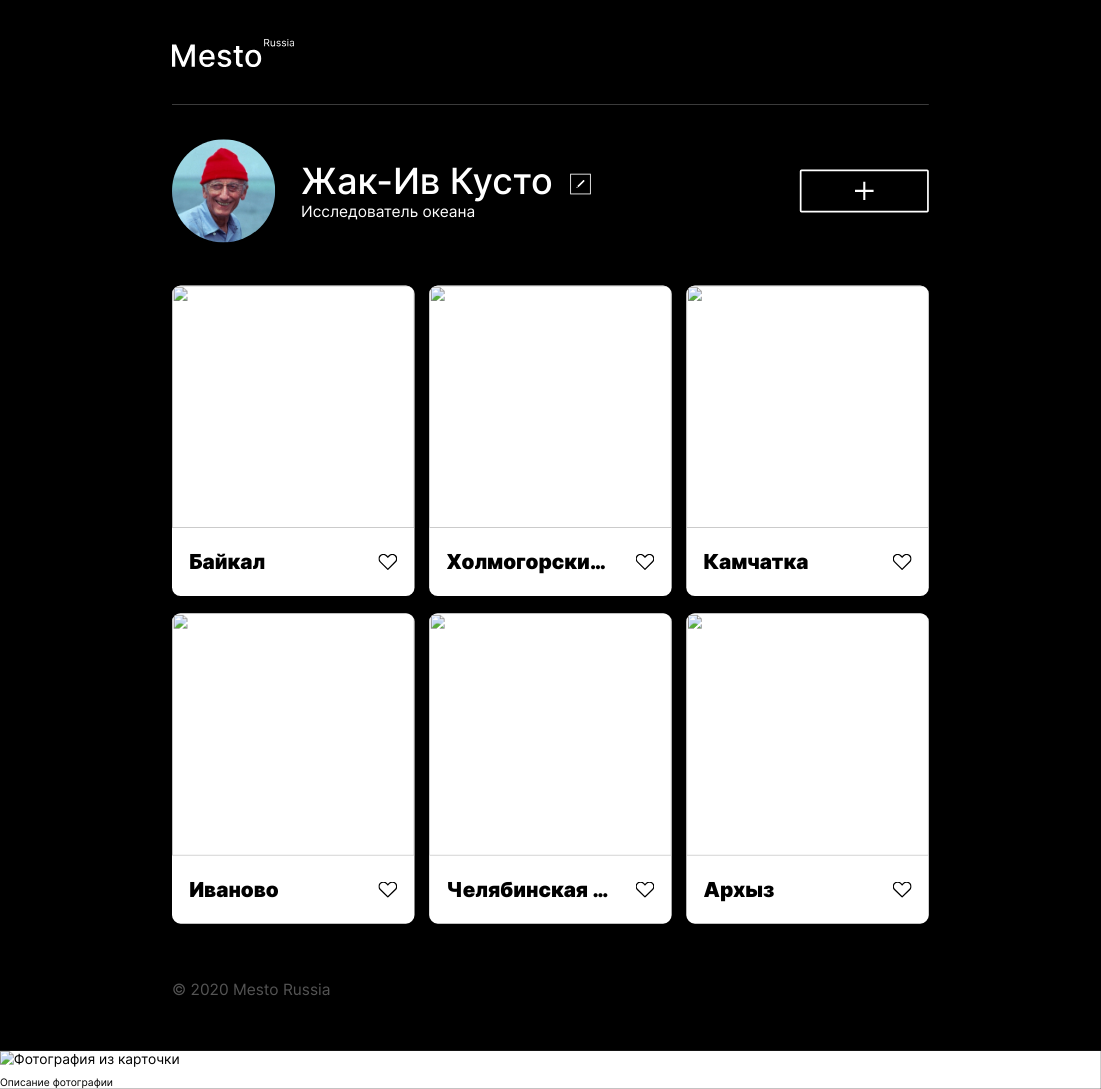
Repository: Akhtool/mesto
Page: index.html
The author's editor kept a copy of each file at every save. The page is drawn from the files as they stood at one save, then again after the next save.
The browser window is 1280 px wide. The pictures show the whole page, at 86% of full size.

Above is the page before, as saved 2023-01-04 12:31:35.

### index.html
<!DOCTYPE html>
<html lang="ru">
<head>
    <meta charset="UTF-8">
    <meta http-equiv="X-UA-Compatible" content="IE=edge">
    <meta name="viewport" content="width=device-width, initial-scale=1.0">
    <link rel="stylesheet" href="pages/index.css">
    <title>Место</title>
</head>
<body class="page">
    <header class="header">
        <a href="#" class="header__logo-link">
            <img src="./images/header__logo.svg" class="header__logo" alt="Логотип сайта Место">
        </a>
    </header>
    <main class="container">
        <section class="profile">
            <img src="./images/profile__image.jpg" alt="Изображение профиля" class="profile__image">
            <div class="profile__info">
                <div class="profile__name-edit">
                    <h1 class="profile__name">Жак-Ив Кусто</h1>
                    <button type="button" class="profile__edit-button" aria-label="edit"></button>
                </div>
                <p class="profile__description">Исследователь океана</p>
            </div>
            <button type="button" class="profile__add-button" aria-label="add"></button>
        </section>
        <section class="cards">
            <ul class="cards__list"></ul>
        </section>
    </main>
    <footer class="footer">
        <p class="footer__copyright">© 2020 Mesto Russia</p>
    </footer>
    <!--Попап просмотра фотографий-->
    <div class="popup_type_show-image">
        <div class="popup__container_type_show-image">
          <button type="button" class="popup__close-button popup__close-button_type_show-image"></button>
          <img src="#" alt="Фотография из карточки" class="popup__image">
          <h3 class="popup__title_type_show-image">Описание фотографии</h3>
        </div>
    </div>
    <!--Попап добавления карточек-->
    <div class="popup popup_type_add-card">
        <div class="popup__container">
            <h2 class="popup__title">Новое место</h2>
            <form action="#" name="input-form" class="popup__input-form popup__input-form_type_card">
                <input type="text" name="card-name" required class="popup__input popup__input_type_card-name" placeholder="Название">
                <input type="text" name="card-link" class="popup__input popup__input_type_card-link" placeholder="Ссылка на картинку">
                <input type="submit" value="Создать" class="popup__submit">
            </form>
            <button type="button" class="popup__close-button popup__close-button_type_add-card" aria-label="close"></button>
        </div>
    </div>
    <!--Попап редактирования профиля-->
    <div class="popup popup_type_profile-edit">
        <div class="popup__container">
            <h2 class="popup__title">Редактировать профиль</h2>
            <form action="#" name="input-form" class="popup__input-form popup__input-form_type_profile">
                <input type="text" name="user-name" required class="popup__input popup__input_type_name" placeholder="Имя">
                <input type="text" name="user-description" class="popup__input popup__input_type_description" placeholder="О себе">
                <input type="submit" value="Сохранить" class="popup__submit">
            </form>
            <button type="button" class="popup__close-button popup__close-button_type_profile" aria-label="close"></button>
        </div>
    </div>
    <!-- Шаблон для карточек -->
    <template id="card-template">
        <li class="card">
            <img class="card__image">
            <button type="button" class="card__delete-button"></button>
            <div class="card__info">
                <h2 class="card__name"></h2>
                <button type="button" class="card__like"></button>
            </div>
        </li>
    </template>
    <script src="./scripts/script.js"></script>
</body>
</html>

### pages/index.css
/* root */
@import url(../vendor/normalize.css);
@import url(../vendor/fonts/fonts.css);

/* content */
@import url(../blocks/page/page.css);
@import url(../blocks/container/container.css);

/* header */
@import url(../blocks/header/header.css);
@import url(../blocks/header/__logo-link/header__logo-link.css);
@import url(../blocks/header/__logo/header__logo.css);

/* container */

/* profile */
@import url(../blocks/profile/profile.css);
@import url(../blocks/profile/__image/profile__image.css);
@import url(../blocks/profile/__info/profile__info.css);
@import url(../blocks/profile/__description/profile__description.css);
@import url(../blocks/profile/__add-button/profile__add-button.css);
@import url(../blocks/profile/__name-edit/profile__name-edit.css);
@import url(../blocks/profile/__name/profile__name.css);
@import url(../blocks/profile/__edit-button/profile__edit-button.css);


/* cards */
@import url(../blocks/cards/cards.css);
@import url(../blocks/cards/__list/cards__list.css);


/* card */
@import url(../blocks/card/card.css);
@import url(../blocks/card/__image/card__image.css);
@import url(../blocks/card/__info/card__info.css);
@import url(../blocks/card/__name/card__name.css);
@import url(../blocks/card/__like/card__like.css);
@import url(../blocks/card/__like/_active/card__like_active.css);
@import url(../blocks/card/__delete-button/card__delete-button.css);

/* footer */
@import url(../blocks/footer/footer.css);
@import url(../blocks/footer/__copyright/footer__copyright.css);
/* popup */
@import url(../blocks/popup/popup.css);
@import url(../blocks/popup/_opened/popup_opened.css);
@import url(../blocks/popup/__container/popup__container.css);
@import url(../blocks/popup/__title/popup__title.css);
@import url(../blocks/popup/__input/popup__input.css);
@import url(../blocks/popup/__submit/popup__submit.css);
@import url(../blocks/popup/__close-button/popup__close-button.css);
/* popup_type_show-image */
@import url(../blocks/popup/_type/popup_type_show-image.css);
@import url(../blocks/popup/__container/_type/popup__container_type_show-image.css);
@import url(../blocks/popup/__image/popup__image.css);
@import url(../blocks/popup/__title/_type/popup__title_type_show-image.css);

### scripts/script.js
let editButton = document.querySelector('.profile__edit-button');
let popupEditProfile = document.querySelector('.popup_type_profile-edit');
let popupClose = document.querySelector('.popup__close-button_type_profile');
let formElement = document.querySelector('.popup__input-form_type_profile');
let nameInput = formElement.querySelector('.popup__input_type_name');
let jobInput = formElement.querySelector('.popup__input_type_description');
let profileName = document.querySelector('.profile__name');
let profileDescription = document.querySelector('.profile__description');

function openPopup() {
    nameInput.value = profileName.textContent;
    jobInput.value = profileDescription.textContent;
    popupEditProfile.classList.add('popup_opened');
}
function closePopup() {
    popupEditProfile.classList.remove('popup_opened');
}

function handleFormSubmit (evt) {
    evt.preventDefault();
    profileName.textContent = nameInput.value;
    profileDescription.textContent = jobInput.value;
    closePopup();
}

editButton.addEventListener('click', openPopup);
popupClose.addEventListener('click', closePopup);
formElement.addEventListener('submit', handleFormSubmit);

const initialCards = [
    {
      name: 'Архыз',
      link: 'https://pictures.s3.yandex.net/frontend-developer/cards-compressed/arkhyz.jpg'
    },
    {
      name: 'Челябинская область',
      link: 'https://pictures.s3.yandex.net/frontend-developer/cards-compressed/chelyabinsk-oblast.jpg'
    },
    {
      name: 'Иваново',
      link: 'https://pictures.s3.yandex.net/frontend-developer/cards-compressed/ivanovo.jpg'
    },
    {
      name: 'Камчатка',
      link: 'https://pictures.s3.yandex.net/frontend-developer/cards-compressed/kamchatka.jpg'
    },
    {
      name: 'Холмогорский район',
      link: 'https://pictures.s3.yandex.net/frontend-developer/cards-compressed/kholmogorsky-rayon.jpg'
    },
    {
      name: 'Байкал',
      link: 'https://pictures.s3.yandex.net/frontend-developer/cards-compressed/baikal.jpg'
    }
  ];
  // Список карточек
  const cardsList = document.querySelector('.cards__list');
  // Функция добавление карточек из шаблон
  const createCardElement = (cardName, cardLink) => {
    // Взять содержание из шаблона
    const cardTemplate = document.querySelector('#card-template').content;
    // Клонировать содержание шаблона
    const cardElement = cardTemplate.querySelector('.card').cloneNode(true);
    // Заполнить содержимым
    cardElement.querySelector('.card__name').textContent = cardName;
    cardElement.querySelector('.card__image').src = cardLink;

    // Кнопка лайка
    cardElement.querySelector('.card__like').addEventListener('click', function (evt) {
        evt.target.classList.toggle('card__like_active');
      });

    // Кнопка удаления карточки
    const cardDeleteButton = cardElement.querySelector('.card__delete-button');
    cardDeleteButton.addEventListener('click', function (evt) {
        cardElement.remove();
    });
    return cardElement;
};
// Добить карточку в DOM
const addCardElement = (name, link) => {
    cardsList.prepend(createCardElement(name, link));
};
// Добавление карточек из массива
  const addCard = (array) => {
    array.forEach((element) => {
        addCardElement(element.name, element.link);
    });
  };

  addCard(initialCards);
//попап добавлениея фотографий
  const popupAddCard = document.querySelector ('.popup_type_add-card');
  const addCardButton = document.querySelector('.profile__add-button');
  const cardSaveButton = document.querySelector('.popup__save-button');
  const cardElementName = document.querySelector('.popup__input_type_card-name');
  const cardElementLink = document.querySelector('.popup__input_type_card-link');
  const addCardForm = document.querySelector('.popup__input-form_type_card');
  const popupCloseButton = document.querySelector('.popup__close-button_type_add-card');

  function openAddCardPopup() {
    popupAddCard.classList.add('popup_opened');

  }

  function closeAddCardPopup() {
    popupAddCard.classList.remove('popup_opened');
  }

  function handleAddCardForm (evt) {
    evt.preventDefault();
    addCardElement(cardElementName.value, cardElementLink.value);
    closeAddCardPopup();
}

  popupCloseButton.addEventListener('click', closeAddCardPopup);
  addCardForm.addEventListener('submit', handleAddCardForm);
  addCardButton.addEventListener('click', openAddCardPopup);

### vendor/fonts/fonts.css
@font-face {
    font-family: 'Inter';
    font-style: normal;
    font-weight: 400;
    src: url(./Inter-Regular.woff2) format(woff2),
         url(./Inter-Regular.woff) format(woff);
}

@font-face {
    font-family: 'Inter';
    font-style: normal;
    font-weight: 500;
    src: url(./Inter-Medium.woff2) format(woff2),
         url(./Inter-Medium.woff) format(woff);
}

@font-face {
    font-family: 'Inter';
    font-style: normal;
    font-weight: 900;
    src: url(./Inter-Black.woff2) format(woff2),
         url(./Inter-Black.woff) format(woff);
}

### blocks/page/page.css
.page {
    background-color: #000000;
    box-sizing: border-box;
    font-family: 'Inter', Arial, Helvetica, sans-serif;
    -moz-osx-font-smoothing: grayscale;
    -webkit-font-smoothing: antialiased;
    -webkit-text-size-adjust: 100%;
    -ms-text-size-adjust: 100%;
    -moz-text-size-adjust: 100%;
    text-rendering: optimizeLegibility;
    max-width: 1280px;
    margin: 0 auto;
}

### blocks/container/container.css
.container {
    max-width: 1280px;
    min-width: 320px;
    margin: 0 auto;
}

@media screen and (max-width: 920px) {
    .container {
        padding: 0 27px;
    }

}

@media screen and (max-width: 500px) {
    .container {
        padding: 0;
    }
}

### blocks/header/header.css
.header {
    padding-top: 45px;
    border-bottom: 1px solid rgba(84, 84, 84, .7);
    max-width: 880px;
    margin: 0 auto;
}

@media screen and (max-width: 500px) {
    .header {
        padding-top: 28px;
    }
}

### blocks/header/__logo-link/header__logo-link.css
.header__logo-link {
    display: block;
    max-width: 142px;
    padding-bottom: 40px;
    cursor: pointer;
}

@media screen and (max-width: 920px) {
    .header__logo-link {
        padding-left: 27px;
    }

}

@media screen and (max-width: 500px) {
    .header__logo-link {
        padding-bottom: 30px;
    }
}

### blocks/header/__logo/header__logo.css
.header__logo {
    max-width: 100%;
}

@media screen and (max-width: 500px) {
    .header__logo {
        max-width: 103px;
    }
}

### blocks/profile/profile.css
.profile {
    max-width: 880px;
    margin: 0 auto;
    padding-top: 40px;

    display: flex;
    align-items: center;
}

@media screen and (max-width: 768px) {
    .profile {
        flex-direction: column;
    }
}

### blocks/profile/__image/profile__image.css
.profile__image {
    width: 120px;
    height: 120px;
    border-radius: 50%;
}

@media screen and (max-width: 768px) {
    .profile__image {
        margin-bottom: 26px;
    }
}

### blocks/profile/__info/profile__info.css
.profile__info {
    padding-left: 30px;
    flex: 1;
    flex-grow: 1;
    flex-shrink: 1;
    flex-basis: 0%;
    flex-direction: column;
}

@media screen and (max-width: 768px) {
    .profile__info {
        padding: 0 0 36px 0;
        text-align: center;
    }
}

### blocks/profile/__description/profile__description.css
.profile__description {
    font-family: 'Inter', Arial, Helvetica, sans-serif;
    font-style: normal;
    font-weight: 400;
    font-size: 18px;
    line-height: 22px;
    color: #FFFFFF;
    max-width: 350px;
    text-overflow: ellipsis;
    white-space: nowrap;
    overflow: hidden;

    padding: 0;
    margin: 0;
}

@media screen and (max-width: 500px) {
    .profile__description {
        font-size: 14px;
        line-height: 17px;
        margin: 0 auto;
        max-width: 200px;
    }
}

### blocks/profile/__add-button/profile__add-button.css
.profile__add-button {
    width: 150px;
    height: 50px;
    border: 2px solid #FFFFFF;
    border-radius: 2px;
    background-color: transparent;
    background-image: url(../../../images/add-button__image.svg);
    background-position: center;
    background-repeat: no-repeat;
    background-size: 22px;
}

.profile__add-button:hover {
    opacity: .6;
    cursor: pointer;
    transition: opacity .2s linear;
}

@media screen and (max-width: 768px) {
    .profile__add-button {
        width: 282px;
        background-size: 16px;
    }
}

### blocks/profile/__name-edit/profile__name-edit.css
.profile__name-edit {
    display: flex;
    align-items: baseline;
    gap: 20px;
    flex-direction: row;
}

@media screen and (max-width: 500px) {
    .profile__name-edit {
        gap: 10px;
    }
}

### blocks/profile/__name/profile__name.css
.profile__name {
    font-family: 'Inter', Arial, Helvetica, sans-serif;
    font-style: normal;
    font-weight: 500;
    font-size: 42px;
    line-height: 48px;
    color: #FFFFFF;
    max-width: 350px;
    text-overflow: ellipsis;
    white-space: nowrap;
    overflow: hidden;

    padding: 0;
    margin: 0;
}

@media screen and (max-width: 768px) {
    .profile__name {
        padding-bottom: 14px;
    }
}

@media screen and (max-width: 500px) {
    .profile__name {
        font-size: 27px;
        line-height: 33px;
        margin-left: 27px;
        padding-bottom: 6px;
        max-width: 200px;
    }
}

### blocks/profile/__edit-button/profile__edit-button.css
.profile__edit-button {
    width: 24px;
    height: 24px;
    box-sizing: border-box;
    border: 1px solid #FFFFFF;
    background-color: transparent;
    background-image: url(../../../images/edit-button.svg);
    background-position: center;
    background-repeat: no-repeat;
    background-size: 10px;
}

.profile__edit-button:hover {
    opacity: .6;
    cursor: pointer;
    transition: opacity .2s linear;
}

@media screen and (max-width: 500px) {
    .profile__edit-button {
        width: 18px;
        height: 18px;
    }
}

### blocks/cards/cards.css
.cards {
    max-width: 880px;
    margin: 0  auto;
    padding-top: 50px;
}

@media screen and (max-width: 500px) {
    .cards {
        padding-top: 35px;
    }
}

### blocks/cards/__list/cards__list.css
.cards__list {
    display: grid;
    grid-template-columns: repeat(auto-fit, 282px);
    column-gap: 17px;
    row-gap: 20px;
    box-sizing: border-box;
    padding: 0;
    margin: 0 auto;
    list-style: none;
}

@media screen and (max-width: 920px) {
    .cards__list {
        justify-content: center;
    }

}

### blocks/card/card.css
.card {
    position: relative;
    box-sizing: border-box;
    max-width: 282px;
    border-radius: 10px;
    overflow: hidden;
    background-color: #fff;
    margin: 0;
    padding: 0;
}

### blocks/card/__image/card__image.css
.card__image {
    display: block;
    width: 282px;
    height: 282px;
    transition: .2s linear;
}

### blocks/card/__info/card__info.css
.card__info {
    display: flex;
    justify-content: space-between;
    align-items: center;
    padding: 25px 20px 25px 20px;
    box-sizing: border-box;
}

### blocks/card/__name/card__name.css
.card__name {
    padding: 0;
    margin: 0;
    max-width: 195px;
    font-family: 'Inter', Arial, Helvetica, sans-serif;
    font-style: normal;
    font-weight: 900;
    font-size: 24px;
    line-height: 29px;
    text-overflow: ellipsis;
    white-space: nowrap;
    overflow: hidden;
    color: #000000;
}

### blocks/card/__like/card__like.css
.card__like {
    padding: 0;
    margin: 0;
    min-width: 22px;
    min-height: 19px;
    background-color: transparent;
    background-image: url(../../../images/like-button_disabled.svg);
    background-position: center;
    background-repeat: no-repeat;
    background-size: contain;
    border: 0;
    transition: .7s all;
}

.card__like:hover {
    opacity: .5;
    cursor: pointer;
    transition: opacity .2s linear;
}

### blocks/card/__like/_active/card__like_active.css
.card__like_active {
    background: url(../../../../images/like-button_active.svg) center no-repeat;
    transition: .7s all;
}

### blocks/card/__delete-button/card__delete-button.css
.card__delete-button{
    position: absolute;
    top: 20px;
    right: 20px;
    width: 18px;
    height: 19px;
    border: none;
    background-image: url(../../../images/delete-button.svg);
    background-repeat: no-repeat;
    background-position: center;
    background-size: cover;
    background-color: rgba(0, 0, 0, 0);
    cursor: pointer;
}

.card__delete-button:hover {
    opacity: .6;
    transition: opacity .7s ease;
}

### blocks/footer/footer.css
.footer {
    max-width: 880px;
    margin: 0 auto;
    padding: 66px 0 60px;
}

@media screen and (max-width: 500px) {
    .footer {
        padding-top: 48px;
        padding-bottom: 36px;
    }
}

### blocks/footer/__copyright/footer__copyright.css
.footer__copyright {
    font-family: 'Inter', Arial, Helvetica, sans-serif;
    font-style: normal;
    font-weight: 400;
    font-size: 18px;
    line-height: 22px;
    color: #545454;
    padding: 0;
    margin: 0;
}

@media screen and (max-width: 920px) {
    .footer__copyright {
        padding-left: 27px;
    }

}

@media screen and (max-width: 500px) {
    .footer__copyright {
        font-size: 14px;
        line-height: 17px;
        padding-left: 19px;
    }
}

### blocks/popup/popup.css
.popup {
    position: fixed;
    display: none;
    justify-content: center;
    align-items: center;
    top: 0;
    right: 0;
    bottom: 0;
    left: 0;
    width: 100%;
    height: 100vh;
    background-color: rgba(0, 0, 0, .5);
    /* visibility: hidden;
    opacity: 0;
    z-index: -1;
    transition: opacity .3s visibility .3s z-index .3s; */
  }

### blocks/popup/_opened/popup_opened.css
.popup_opened {
    display: flex;
    /* visibility: visible;
    opacity: 1;
    z-index: 5;
    transition: opacity .3s; */
}

### blocks/popup/__container/popup__container.css
.popup__container {
    display: flex;
    flex-direction: column;
    justify-content: space-between;
    box-sizing: border-box;
    margin: 0 auto;
    padding: 34px 36px 37px 36px;
    position: relative;
    min-width: 430px;
    background-color: #fff;
    border-radius: 10px;
}

@media screen and (max-width: 500px) {
    .popup__container {
        justify-content: flex-start;
        min-width: 282px;
        padding: 22px 22px;
    }
}

### blocks/popup/__title/popup__title.css
.popup__title {
    font-family: 'Inter', Arial, Helvetica, sans-serif;
    font-style: normal;
    font-weight: 900;
    font-size: 24px;
    line-height: 29px;
    color: #000000;
    margin: 0 0 44px 0;
}

@media screen and (max-width: 500px) {
    .popup__title {
      font-size: 18px;
      margin-bottom: 65px;
    }
  }

### blocks/popup/__input/popup__input.css
.popup__input {
    display: block;
    margin: 0;
    padding: 0;
    width: 358px;
    height: 27px;
    outline: none;
    border: 0;
    border-bottom: 1px solid rgba(0, 0, 0, 0.2);
    padding-bottom: 4px;
    font-family: 'Inter', Arial, Helvetica, sans-serif;
    font-style: normal;
    font-weight: 400;
    font-size: 14px;
    line-height: 17px;
    color: #000000;
  }

  .popup__input:first-child {
    margin-bottom: 25px;
  }

  .popup__input:nth-child(2) {
    margin-bottom: 45px;
  }

  @media screen and (max-width: 500px) {
    .popup__input {
      width: 238px;
      height: 27px;
    }
  }

### blocks/popup/__submit/popup__submit.css
.popup__submit {
    box-sizing: border-box;
    border: 0;
    background: #000000;
    border-radius: 2px;
    color: #fff;
    cursor: pointer;
    font-family: 'Inter', Arial, Helvetica, sans-serif;
    font-style: normal;
    font-weight: 400;
    font-size: 18px;
    line-height: 22px;
    text-align: center;
    min-width: 358px;
    min-height: 50px;
}

.popup__submit:hover {
    opacity: .8;
  }

  @media screen and (max-width: 500px) {
    .popup__submit {
      height: 46px;
      font-size: 14px;
      line-height: 17px;
      min-width: 238px;
      min-height: 46px;
    }
  }

### blocks/popup/__close-button/popup__close-button.css
.popup__close-button {
    position: absolute;
    background-image: url(../../../images/close-button.svg);
    background-size: contain;
    background-repeat: no-repeat;
    background-position: center;
    background-color: transparent;
    border: 0;
    outline: none;
    width: 32px;
    height: 32px;
    top: -40px;
    right: -40px;
    cursor: pointer;
  }

  .popup__close-button:hover {
    opacity: .6;
  }

  @media screen and (max-width: 635px) {
    .popup__close-button {
      width: 20px;
      height: 20px;
      top: -38px;
      right: 0;
    }
  }

### blocks/popup/_type/popup_type_show-image.css
.popup_type_show-image {
    background-color: rgba(0, 0, 0, .9);
}

### blocks/popup/__container/_type/popup__container_type_show-image.css
.popup__container_type_show-image {
    background-color: #fff;
}

### blocks/popup/__title/_type/popup__title_type_show-image.css
.popup__title_type_show-image {
    margin: 0;
    font-weight: 400;
    font-size: 12px;
    line-height: 15px;
    margin-top: 10px;
}

Loaded but not shown: vendor/normalize.css (library); blocks/popup/__image/popup__image.css (common file)

After the next save:
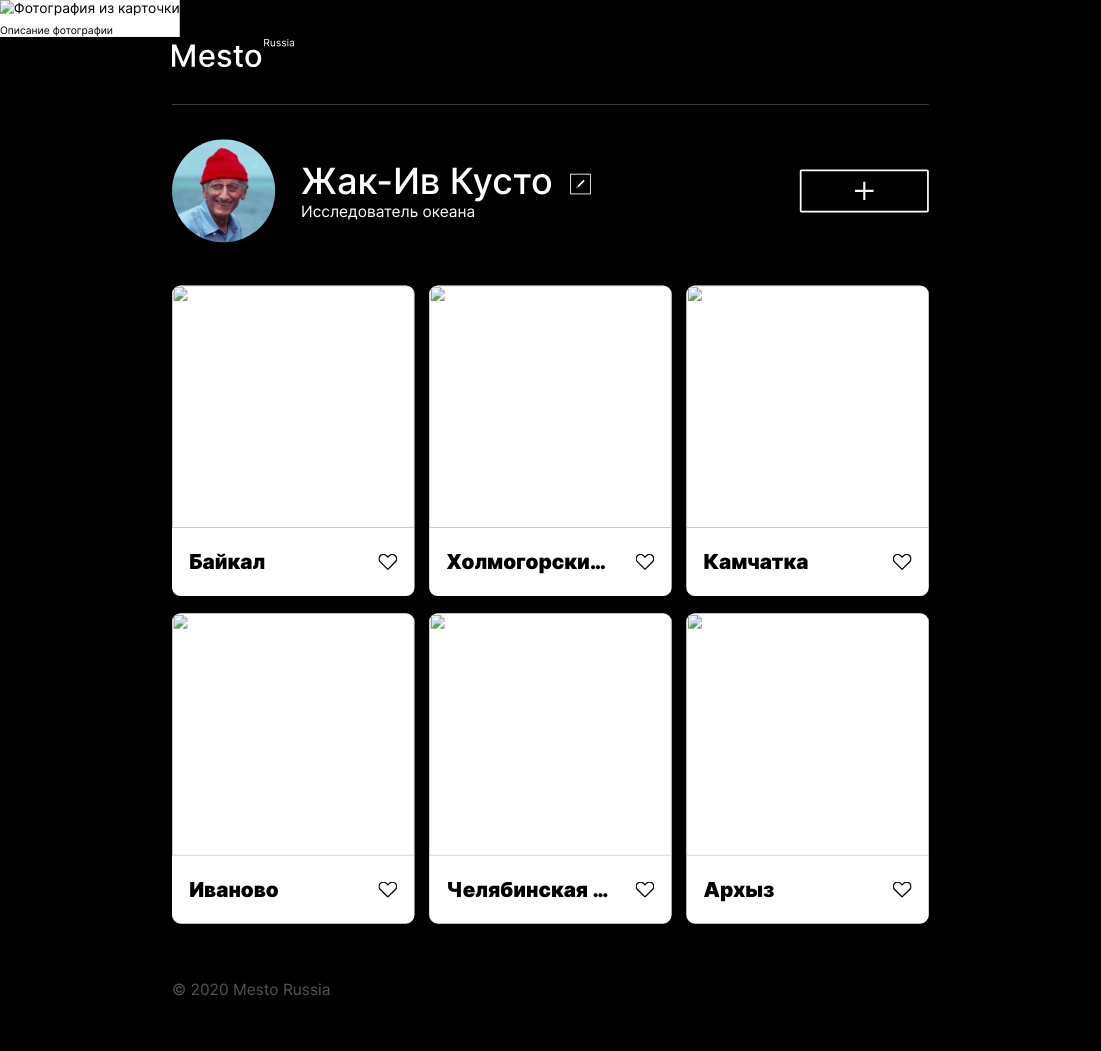
Saved 74 s later.
--- a/blocks/popup/_type/popup_type_show-image.css
+++ b/blocks/popup/_type/popup_type_show-image.css
@@ -1,3 +1,6 @@
 .popup_type_show-image {
+    position: absolute;
+    left: 0;
+    top: 0;
     background-color: rgba(0, 0, 0, .9);
 }
